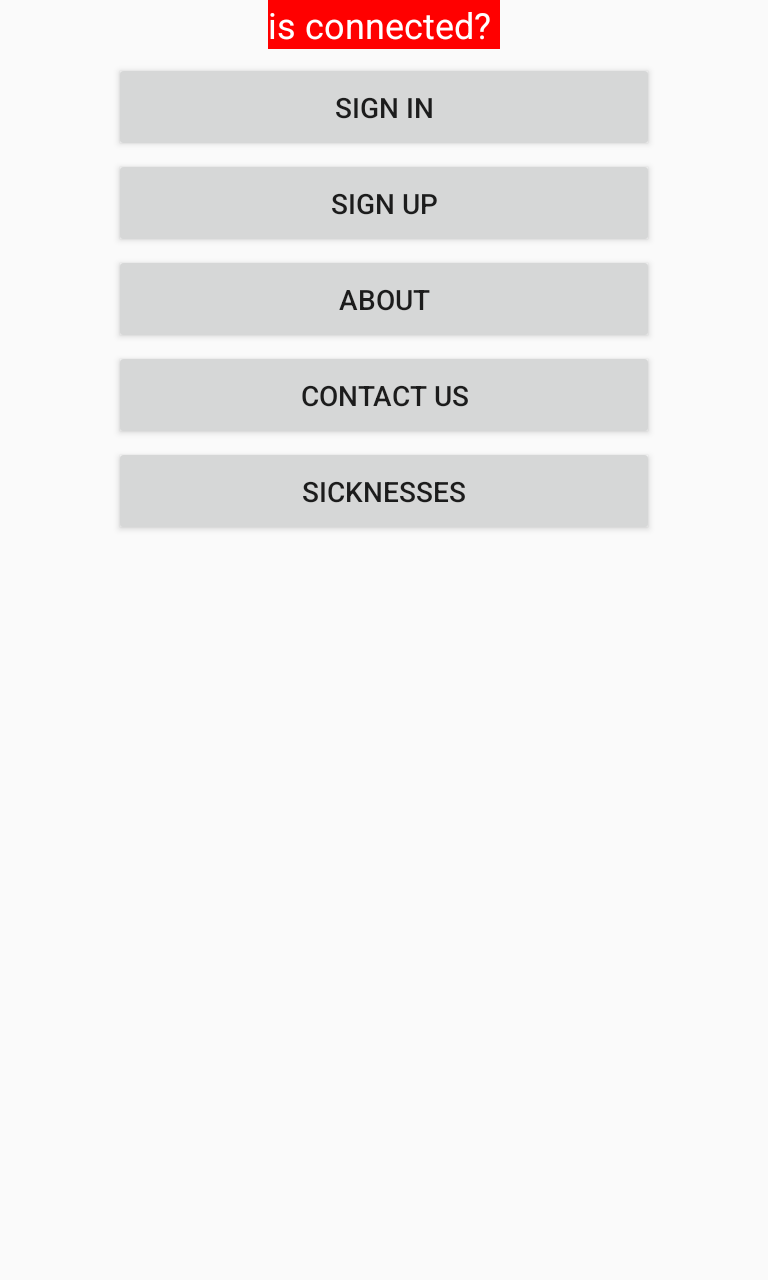
Repository: HAYKEL88/MASTER2_PFE
Layout: PFE_ANDROID/res/layout/activity_welcome_user.xml
These files come from the project's save history. The layout is drawn as it stood at one moment and after the next save; the edit follows.
It is drawn on a 768 x 1280 px phone screen (xhdpi) without system bars, with theme AppTheme; the app's code is not run.

Above is the layout before, as saved 2014-12-20 14:16:12.

After the next save:
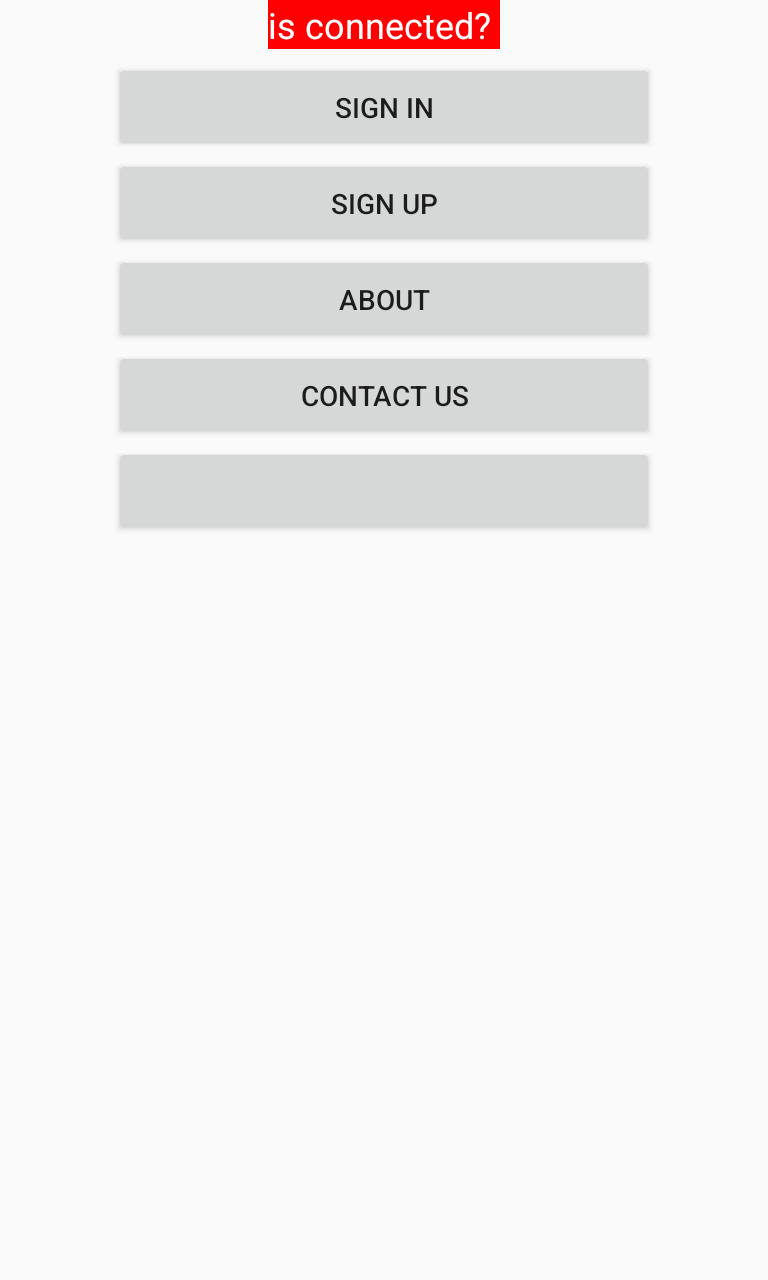
Saved 16 s later.
--- a/PFE_ANDROID/res/layout/activity_welcome_user.xml
+++ b/PFE_ANDROID/res/layout/activity_welcome_user.xml
@@ -52,6 +52,7 @@
         android:layout_width="272dp"
         android:layout_height="wrap_content"
         android:layout_gravity="center_horizontal"
-        android:text="sicknesses" />
+        android:text=""
+        android:onClick="sicknesses"/>
 
 </LinearLayout>
